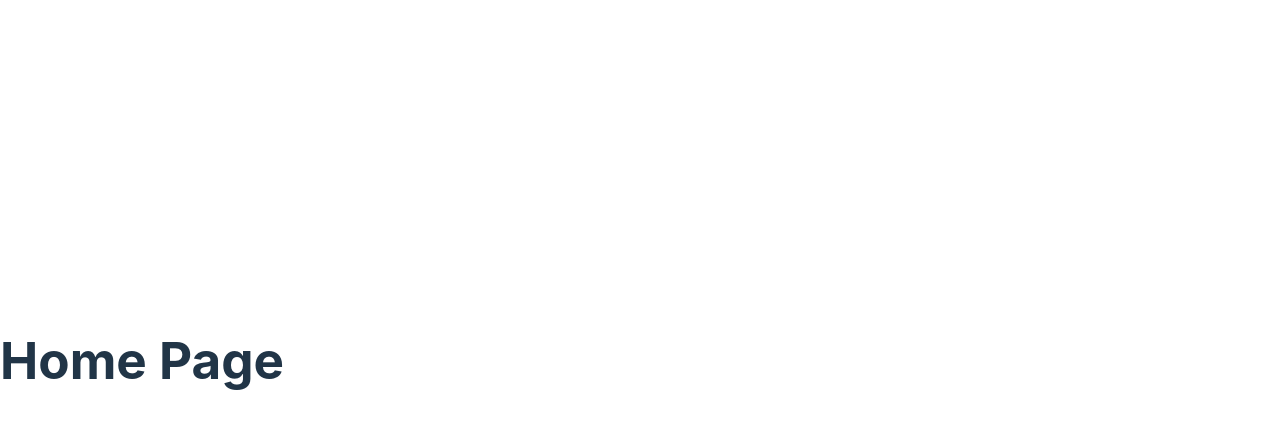
Repository: Shashank-saurabh123/Tic-tac
Page: / (app in reactRoterDom/)
An editor plug-in stored every save of this project. The page is shown before and after the next save, followed by the edit.
The browser window is 1280 px wide. The pictures show the whole page.
The project was rebuilt for these pictures with package versions that can differ from the ones it lists, and the page was loaded fresh each time. Also part of the build but not shown: reactRoterDom/vite.config.js.

Above is the page before, as saved 2024-07-04 00:32:50.

After the next save:
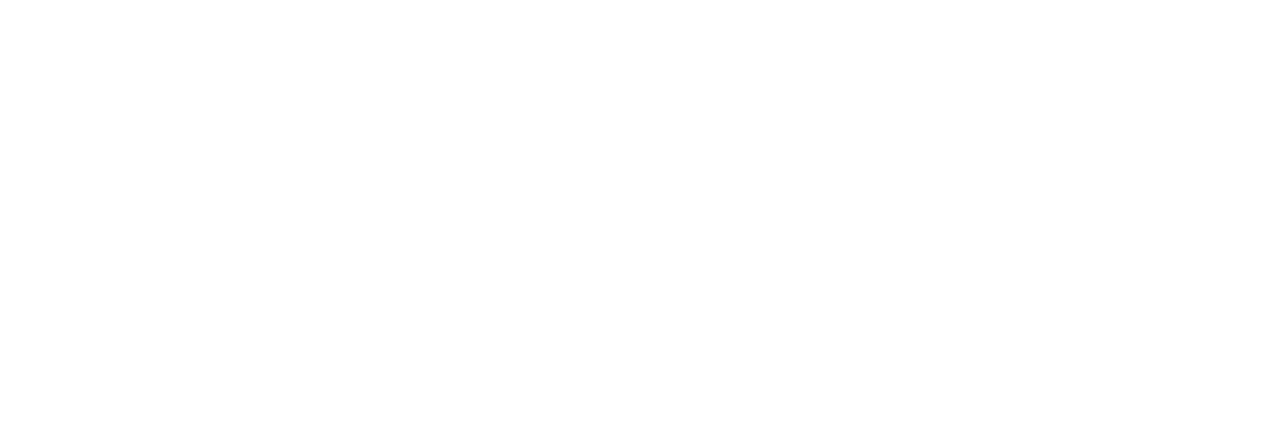
Console error (its wording comes from the project's code and is left out).
Saved 8 s later.
--- a/reactRoterDom/src/main.jsx
+++ b/reactRoterDom/src/main.jsx
@@ -36,7 +36,9 @@
     <Route path="/about" element={<About/>}/>
     <Route path='/account/profile' element={<Profile/>}/>
 
-
+    <Route path='/account'>
+     <Route path='/profile' element={<Profile/>}/>
+    </Route>
 
     </Routes>
     </BrowserRouter>

After the save that followed:
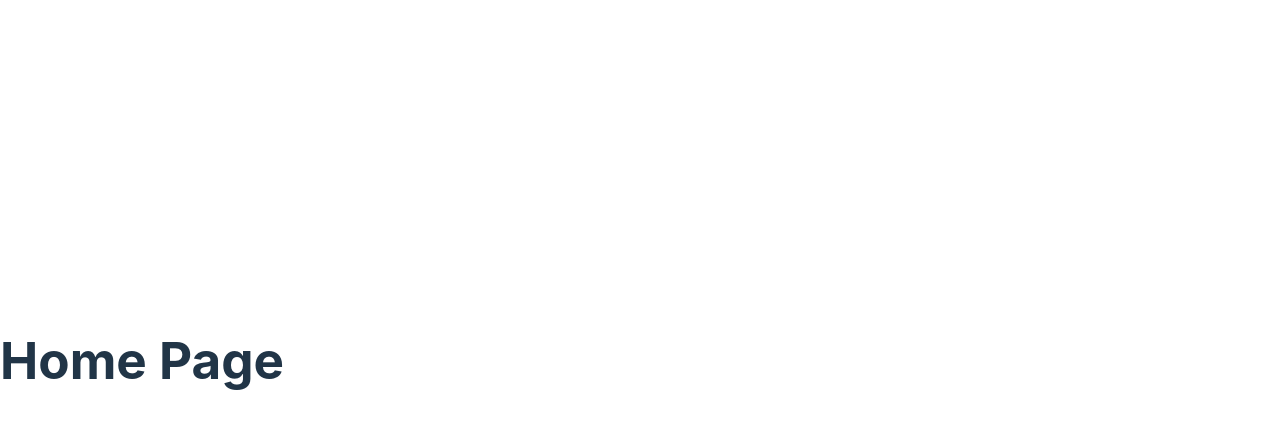
The error is gone.
Saved 16 s later.
--- a/reactRoterDom/src/main.jsx
+++ b/reactRoterDom/src/main.jsx
@@ -36,9 +36,6 @@
     <Route path="/about" element={<About/>}/>
     <Route path='/account/profile' element={<Profile/>}/>
 
-    <Route path='/account'>
-     <Route path='/profile' element={<Profile/>}/>
-    </Route>
 
     </Routes>
     </BrowserRouter>
